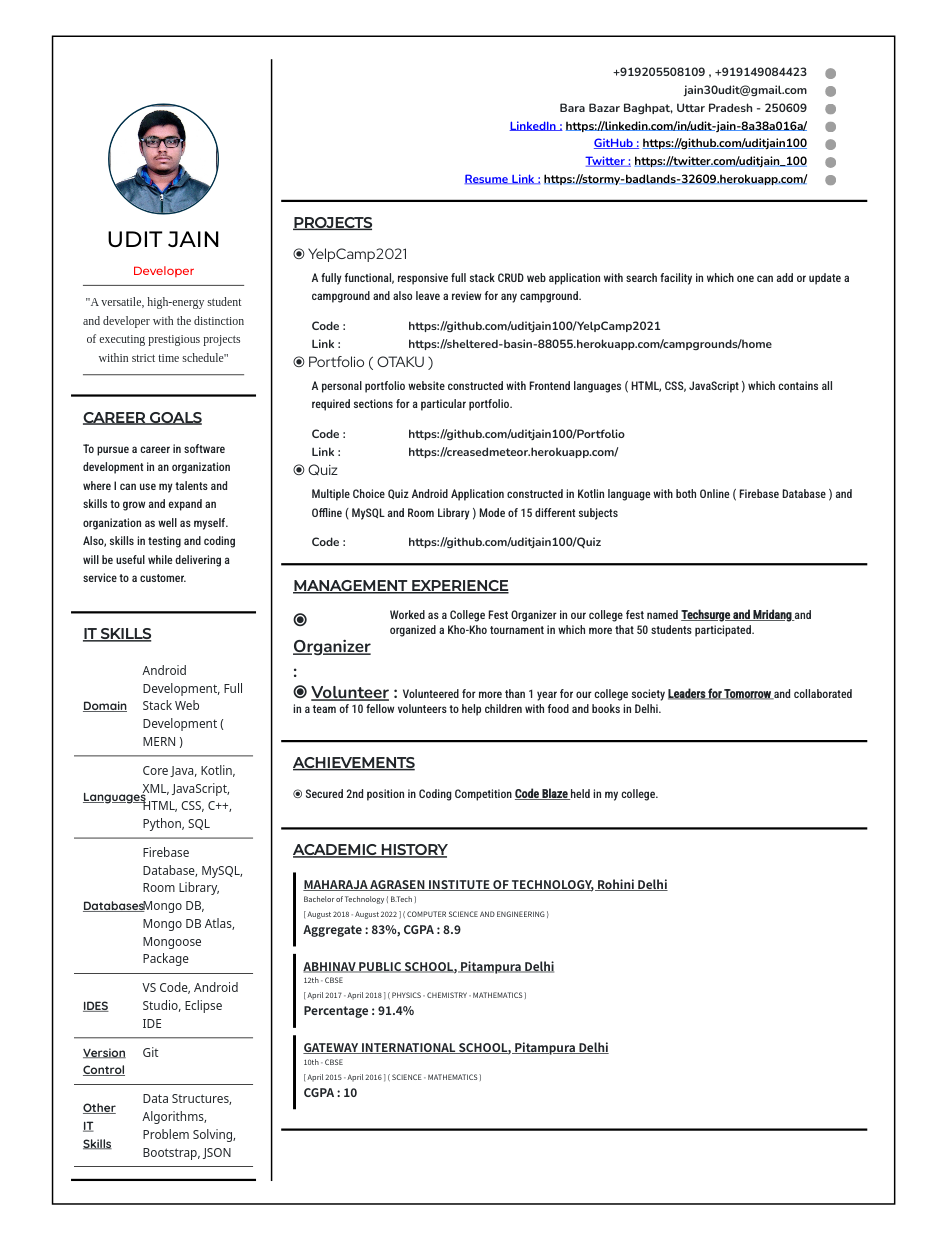
Repository: uditjain100/Resume
Page: app.html
An editor plug-in stored every save of this project. The page is shown before and after the next save, followed by the edit.
The browser window is 1280 px wide. The pictures show the whole page, at 74% of full size.
Pictures or frames that could not be fetched are drawn as grey boxes. Some web fonts or font styles are not loaded; a fallback is used.

Above is the page before, as saved 2021-05-27 19:09:58.

### app.html
<!DOCTYPE html>
<html lang="en">
	<head>
		<meta charset="UTF-8" />
		<meta http-equiv="X-UA-Compatible" content="IE=edge" />
		<meta name="viewport" content="width=device-width, initial-scale=1.0" />
		<title>RESUME : Udit Jain</title>
		<link rel="stylesheet" href="app.css" />
		<script
			src="https://code.jquery.com/jquery-3.5.1.min.js"
			integrity="sha256-9/aliU8dGd2tb6OSsuzixeV4y/faTqgFtohetphbbj0="
			crossorigin="anonymous"
		></script>
		<link
			href="https://cdn.jsdelivr.net/npm/bootstrap@5.0.0-beta1/dist/css/bootstrap.min.css"
			rel="stylesheet"
			integrity="sha384-giJF6kkoqNQ00vy+HMDP7azOuL0xtbfIcaT9wjKHr8RbDVddVHyTfAAsrekwKmP1"
			crossorigin="anonymous"
		/>

		<link rel="preconnect" href="https://fonts.gstatic.com" />
		<link
			href="https://fonts.googleapis.com/css2?family=Montserrat:wght@300;500&display=swap"
			rel="stylesheet"
		/>
		<link
			href="https://fonts.googleapis.com/css2?family=Roboto+Condensed:wght@500&display=swap"
			rel="stylesheet"
		/>
		<link
			href="https://fonts.googleapis.com/css2?family=Spartan:wght@500&display=swap"
			rel="stylesheet"
		/>
		<link
			href="https://fonts.googleapis.com/css2?family=Red+Hat+Display&display=swap"
			rel="stylesheet"
		/>
		<link
			href="https://fonts.googleapis.com/css2?family=Ubuntu:wght@300&display=swap"
			rel="stylesheet"
		/>
		<link
			href="https://fonts.googleapis.com/css2?family=Quicksand:wght@700&display=swap"
			rel="stylesheet"
		/>
		<link
			href="https://fonts.googleapis.com/css2?family=Nunito:wght@700&display=swap"
			rel="stylesheet"
		/>
		<link
			href="https://fonts.googleapis.com/css2?family=Akaya+Kanadaka&display=swap"
			rel="stylesheet"
		/>
		<link
			href="https://fonts.googleapis.com/css2?family=Poppins:wght@400&display=swap"
			rel="stylesheet"
		/>
		<link
			href="https://fonts.googleapis.com/css2?family=Noto+Sans+JP&display=swap"
			rel="stylesheet"
		/>
	</head>
	<body>
		<main class="container row my-5 mx-auto" id="wholewindow">
			<section id="leftwindow" class="col-3">
				<article id="namebox">
					<img
						id="profileimg"
						src="profile.jpg"
						class="card-img-top"
						alt="..."
					/>
					<div class="card-body">
						<h3
							class="card-title"
							style="
								color: black;
								text-decoration: none;
								font-size: 30px;
								font-weight: 400;
							"
						>
							UDIT JAIN
						</h3>
						<h6 class="card-subtitle mx-auto">Developer</h6>
						<p id="summary">
							"A versatile, high-energy student and developer with the
							distinction of executing prestigious projects within strict time
							schedule"
						</p>
					</div>
				</article>

				<article class="card-body" id="goalbox">
					<h3 class="card-title">CAREER GOALS</h3>
					<p>
						To pursue a career in software development in an organization where
						I can use my talents and skills to grow and expand an organization
						as well as myself. Also, skills in testing and coding will be useful
						while delivering a service to a customer.
					</p>
				</article>

				<article class="card-body" id="itskillsbox">
					<h3 class="card-title">IT SKILLS</h3>
					<ul class="list-group">
						<li id="itskillsitem" class="row">
							<span class="col-4" id="que">Domain</span>
							<span class="col-8" id="ans"
								>Android Development, Full Stack Web Development ( MERN )</span
							>
						</li>
						<li id="itskillsitem" class="row">
							<span class="col-4" id="que">Languages</span>
							<span class="col-8" id="ans"
								>Core Java, Kotlin, XML, JavaScript, HTML, CSS, C++, Python,
								SQL</span
							>
						</li>
						<li id="itskillsitem" class="row">
							<span class="col-4" id="que">Databases</span>
							<span class="col-8" id="ans"
								>Firebase Database, MySQL, Room Library, Mongo DB, Mongo DB
								Atlas, Mongoose Package</span
							>
						</li>
						<li id="itskillsitem" class="row">
							<span class="col-4" id="que">IDES</span>
							<span class="col-8" id="ans"
								>VS Code, Android Studio, Eclipse IDE</span
							>
						</li>
						<li id="itskillsitem" class="row">
							<span class="col-4" id="que">Version Control</span>
							<span class="col-8" id="ans">Git</span>
						</li>
						<li id="itskillsitem" class="row">
							<span class="col-4" id="que">Other IT Skills</span>
							<span class="col-8" id="ans"
								>Data Structures, Algorithms, Problem Solving, Bootstrap,
								JSON</span
							>
						</li>
					</ul>
				</article>
			</section>
			<section id="rightwindow" class="col-9">
				<article class="card-body" id="contactbox">
					<ul class="list-group">
						<li id="contactitem" class="row">
							<div class="col-11">+919205508109 , +919149084423</div>
							<div class="col-1">
								<img
									src="https://cdn.jsdelivr.net/npm/simple-icons@3.0.1/icons/android.svg"
									alt=""
								/>
							</div>
						</li>
						<li id="contactitem" class="row">
							<div class="col-11">jain30udit@gmail.com</div>
							<div class="col-1">
								<img
									src="https://cdn.jsdelivr.net/npm/simple-icons@3.0.1/icons/gmail.svg"
									alt=""
								/>
							</div>
						</li>
						<li id="contactitem" class="row">
							<div class="col-11">
								Bara Bazar Baghpat, Uttar Pradesh - 250609
							</div>
							<div class="col-1">
								<img
									src="https://cdn.jsdelivr.net/npm/simple-icons@3.0.1/icons/googlemaps.svg"
									alt=""
								/>
							</div>
						</li>
						<li id="contactitem" class="row">
							<div class="col-11">
								<span>LinkedIn :</span>
								<a href="https://linkedin.com/in/udit-jain-8a38a016a/"
									><span id="link"
										>https://linkedin.com/in/udit-jain-8a38a016a/</span
									></a
								>
							</div>
							<div class="col-1">
								<img
									src="https://cdn.jsdelivr.net/npm/simple-icons@4.13.0/icons/linkedin.svg"
									alt=""
								/>
							</div>
						</li>
						<li id="contactitem" class="row">
							<div class="col-11">
								<span>GitHub :</span>
								<a href="https://github.com/uditjain100"
									><span id="link">https://github.com/uditjain100</span></a
								>
							</div>
							<div class="col-1">
								<img
									src="https://cdn.jsdelivr.net/npm/simple-icons@4.13.0/icons/github.svg"
									alt=""
								/>
							</div>
						</li>
						<li id="contactitem" class="row">
							<div class="col-11">
								<span>Twitter :</span>
								<a href="https://twitter.com/uditjain_100"
									><span id="link">https://twitter.com/uditjain_100</span></a
								>
							</div>
							<div class="col-1">
								<img
									src="https://cdn.jsdelivr.net/npm/simple-icons@4.13.0/icons/twitter.svg"
									alt=""
								/>
							</div>
						</li>
						<li id="contactitem" class="row">
							<div class="col-11">
								<span>Resume Link :</span>
								<a href="https://stormy-badlands-32609.herokuapp.com/"
									><span id="link"
										>https://stormy-badlands-32609.herokuapp.com/</span
									></a
								>
							</div>
							<div class="col-1">
								<img
									src="https://cdn.jsdelivr.net/npm/simple-icons@4.13.0/icons/webpack.svg"
									alt=""
								/>
							</div>
						</li>
					</ul>
				</article>

				<article class="card-body" id="projectbox">
					<h3 class="card-title">PROJECTS</h3>
					<ul class="list-group">
						<li id="projectitem" class="row">
							<h5 id="projecttitle" class="display-10">⦿ YelpCamp2021</h5>
							<div id="projectdetails">
								<p>
									A fully functional, responsive full stack CRUD web application
									with search facility in which one can add or update a
									campground and also leave a review for any campground.
								</p>
								<ul class="list-group">
									<li id="contactitem" class="row">
										<div class="col-2">
											<span style="font-weight: 700">Code : </span>
										</div>
										<div id="link" class="col-10">
											https://github.com/uditjain100/YelpCamp2021
										</div>
									</li>
									<li id="contactitem" class="row">
										<div class="col-2">
											<span style="font-weight: 700">Link : </span>
										</div>
										<div id="link" class="col-10">
											https://sheltered-basin-88055.herokuapp.com/campgrounds/home
										</div>
									</li>
								</ul>
							</div>
						</li>
						<li id="projectitem" class="row">
							<h5 id="projecttitle" class="display-10">
								⦿ Portfolio ( OTAKU )
							</h5>
							<div id="projectdetails">
								<p>
									A personal portfolio website constructed with Frontend
									languages ( HTML, CSS, JavaScript ) which contains all
									required sections for a particular portfolio.
								</p>
								<ul class="list-group">
									<li id="contactitem" class="row">
										<div class="col-2">
											<span style="font-weight: 700">Code : </span>
										</div>
										<div id="link" class="col-10">
											https://github.com/uditjain100/Portfolio
										</div>
									</li>
									<li id="contactitem" class="row">
										<div class="col-2">
											<span style="font-weight: 700">Link : </span>
										</div>
										<div id="link" class="col-10">
											https://creasedmeteor.herokuapp.com/
										</div>
									</li>
								</ul>
							</div>
						</li>
						<li id="projectitem" class="row">
							<h5 id="projecttitle" class="display-10">⦿ Quiz</h5>
							<div id="projectdetails">
								<p>
									Multiple Choice Quiz Android Application constructed in Kotlin
									language with both Online ( Firebase Database ) and Offline (
									MySQL and Room Library ) Mode of 15 different subjects
								</p>
								<ul class="list-group">
									<li id="contactitem" class="row">
										<div class="col-2">
											<span style="font-weight: 700">Code : </span>
										</div>
										<div id="link" class="col-10">
											https://github.com/uditjain100/Quiz
										</div>
									</li>
								</ul>
							</div>
						</li>
					</ul>
				</article>

				<article class="card-body" id="managementskillsbox">
					<h3 class="card-title">MANAGEMENT EXPERIENCE</h3>
					<ul class="list-group">
						<li id="managementskillsitem" class="row">
							<span id="tag" class="col-2">⦿ <span>Organizer</span> : </span>
							<p class="col-10">
								Worked as a College Fest Organizer in our college fest named
								<span style="font-weight: 700; text-decoration: underline"
									>Techsurge and Mridang
								</span>
								and organized a Kho-Kho tournament in which more that 50
								students participated.
							</p>
						</li>
						<li id="managementskillsitem">
							<p>
								<span id="tag">⦿ <span>Volunteer</span> : </span>
								Volunteered for more than 1 year for our college society
								<span style="font-weight: 700; text-decoration: underline"
									>Leaders for Tomorrow </span
								>and collaborated in a team of 10 fellow volunteers to help
								children with food and books in Delhi.
							</p>
						</li>
					</ul>
				</article>

				<article class="card-body" id="achievementsbox">
					<h3 class="card-title">ACHIEVEMENTS</h3>
					<ul class="list-group">
						<li id="achievementitem" class="row">
							<p>
								⦿ Secured 2nd position in Coding Competition
								<span style="font-weight: 700; text-decoration: underline"
									>Code Blaze
								</span>
								held in my college.
							</p>
						</li>
					</ul>
				</article>

				<article class="card-body" id="educationbox">
					<h3 class="card-title">ACADEMIC HISTORY</h3>
					<ul class="list-group">
						<li id="educationitem">
							<h6 id="institutename">
								MAHARAJA AGRASEN INSTITUTE OF TECHNOLOGY, Rohini Delhi
							</h6>
							<h6 id="stream">Bachelor of Technology ( B.Tech )</h6>
							<h6 id="subjects">
								[ August 2018 - August 2022 ] ( COMPUTER SCIENCE AND ENGINEERING
								)
							</h6>
							<h6 id="marks">Aggregate : 83%, CGPA : 8.9</h6>
						</li>
						<li id="educationitem">
							<h6 id="institutename">ABHINAV PUBLIC SCHOOL, Pitampura Delhi</h6>
							<h6 id="stream">12th - CBSE</h6>
							<h6 id="subjects">
								[ April 2017 - April 2018 ] ( PHYSICS - CHEMISTRY - MATHEMATICS
								)
							</h6>
							<h6 id="marks">Percentage : 91.4%</h6>
						</li>
						<li id="educationitem">
							<h6 id="institutename">
								GATEWAY INTERNATIONAL SCHOOL, Pitampura Delhi
							</h6>
							<h6 id="stream">10th - CBSE</h6>
							<h6 id="subjects">
								[ April 2015 - April 2016 ] ( SCIENCE - MATHEMATICS )
							</h6>
							<h6 id="marks">CGPA : 10</h6>
						</li>
					</ul>
				</article>
			</section>
		</main>
	</body>
</html>

### app.css
/* * Common Section */

@keyframes transitionIn {
	from {
		opacity: 0;
		transform: rotateY(-10deg);
	}
	to {
		opacity: 1;
		transform: rotateY(0);
	}
}

html {
	animation: transitionIn 1s;
}

p {
	font-family: "Roboto Condensed", sans-serif;
	line-height: 25px;
}

ul {
	list-style: none;
}
article {
	border-bottom: 3px black solid;
}

.card-title {
	font-family: "Montserrat";
	text-decoration: underline;
	font-weight: 900;
	font-size: 20px;
	padding-bottom: 10px;
	border: none;
}

.card-subtitle {
	color: red;
}

.footer {
	position: -webkit-sticky;
	left: 0;
	bottom: 0;
	width: 100%;
	color: white;
	text-align: center;
	font-family: "Montserrat";
}

/*  ********************* resume work */

#wholewindow {
	border: 2px black solid;
	display: flex;
	flex-direction: row;
	flex-wrap: wrap;
	justify-content: space-evenly;
	/* align-items: center; */
}

#leftwindow {
	margin: 30px 0px 30px 0px;
	border-right: 2px black solid;
	padding: 50px 20px 0px 0px;
	min-width: 250px;
}

#rightwindow {
	padding-top: 20px;
	min-width: 250px;
}

#namebox {
	display: flex;
	flex-direction: column;
	flex-wrap: wrap;
	align-items: center;
	text-align: center;
	font-family: "Montserrat";
}

#profileimg {
	width: 150px;
	height: 150px;
	border-radius: 50%;
	border: 2px #003049 solid;
	margin-top: 10px;
}
#summary {
	font-family: "Akaya Kanadaka";
	margin-top: 10px;
	margin-bottom: 10px;
	padding-top: 10px;
	padding-bottom: 10px;

	border-bottom: 1px black solid;
	border-top: 1px black solid;
}

#managementskillsitem p {
	line-height: 20px;
}

#tag {
	font-family: "Nunito";
	font-size: 23px;
	font-weight: 900;
	text-align: left;
}

#tag span {
	text-decoration: underline;
}

li img {
	width: 15px;
	height: 15px;
	border-radius: 50%;
	margin-right: 5px;
}

#itskillsitem {
	border-bottom: 1px black solid;
	padding: 7px 0px 7px 0px;
}

#que {
	font-family: "Quicksand";
	text-decoration: underline;
	font-size: 16px;
	font-weight: 800;
	display: flex;
	align-items: center;
}

#contactitem {
	font-family: "Nunito";
}

#contactitem .col-11 {
	text-align: end;
}

#contactitem .col-11 span {
	font-weight: 600;
	color: blue;
	text-decoration: underline;
}

#contactitem .col-11 a span {
	color: black;
	text-decoration: none;
}

#educationtitle {
	font-family: "Red Hat Display";
	font-weight: 200;
}

#educationitem {
	margin-bottom: 10px;
	padding: 10px 0px 10px 10px;
	border-left: 4px black solid;
}

#educationbox {
	font-family: "Noto Sans JP";
}

#educationitem h6 {
	line-height: 12px;
}

#institutename {
	text-decoration: underline;
	font-weight: 800;
	font-size: 16px;
}

#timestamp {
	font-size: 10px;
}

#stream {
	font-size: 10px;
	font-weight: 400;
}

#subjects {
	font-size: 10px;
	font-weight: 300;
}

#marks {
	/* font-size: 15px; */
	font-weight: 700;
}

#projecttitle {
	font-family: "Red Hat Display";
	font-weight: 400;
}

#projectdetails {
	margin-left: 25px;
}

After the next save:
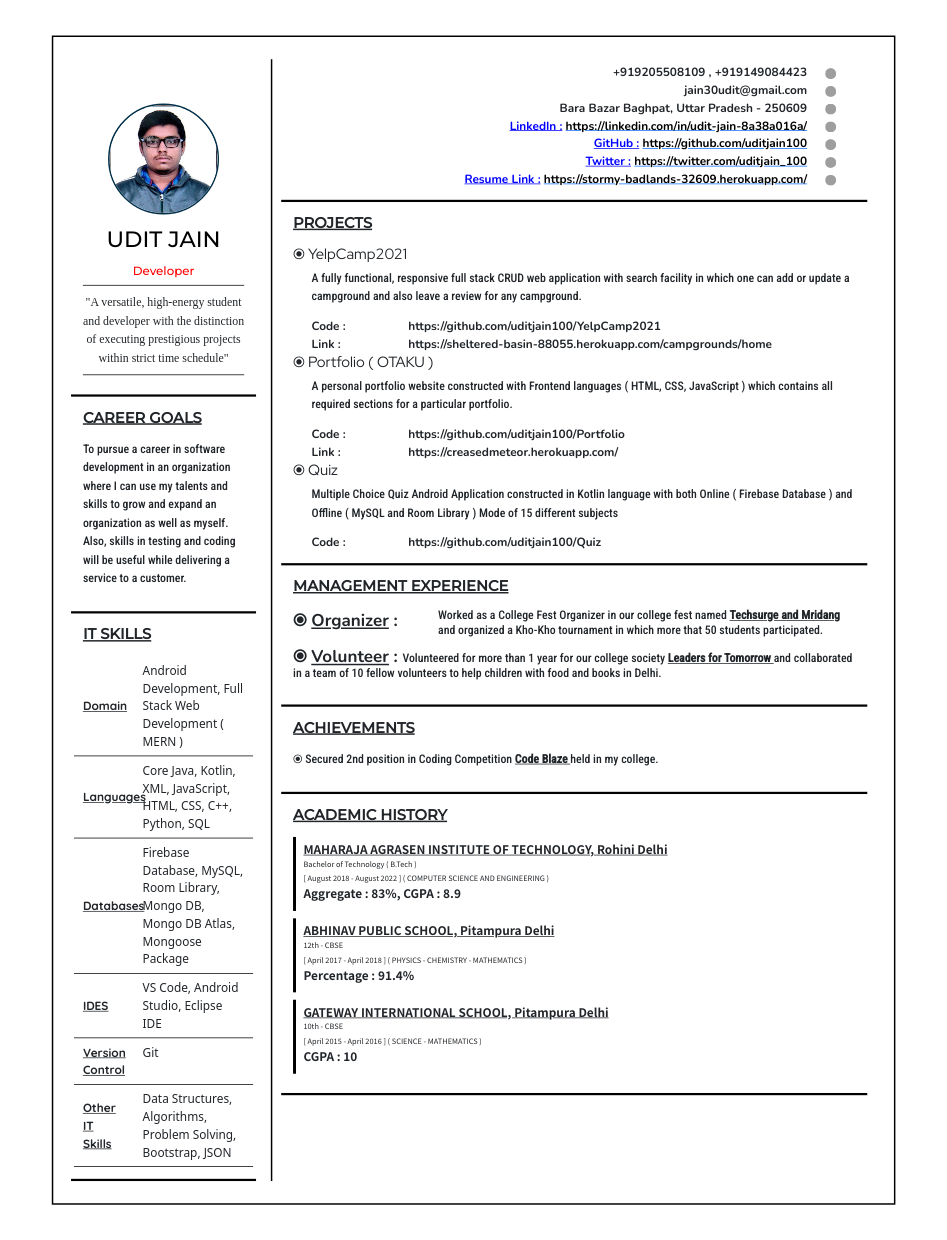
Saved 20 s later.
--- a/app.html
+++ b/app.html
@@ -327,8 +327,8 @@
 					<h3 class="card-title">MANAGEMENT EXPERIENCE</h3>
 					<ul class="list-group">
 						<li id="managementskillsitem" class="row">
-							<span id="tag" class="col-2">⦿ <span>Organizer</span> : </span>
-							<p class="col-10">
+							<span id="tag" class="col-3">⦿ <span>Organizer</span> : </span>
+							<p class="col-9">
 								Worked as a College Fest Organizer in our college fest named
 								<span style="font-weight: 700; text-decoration: underline"
 									>Techsurge and Mridang

After the save that followed:
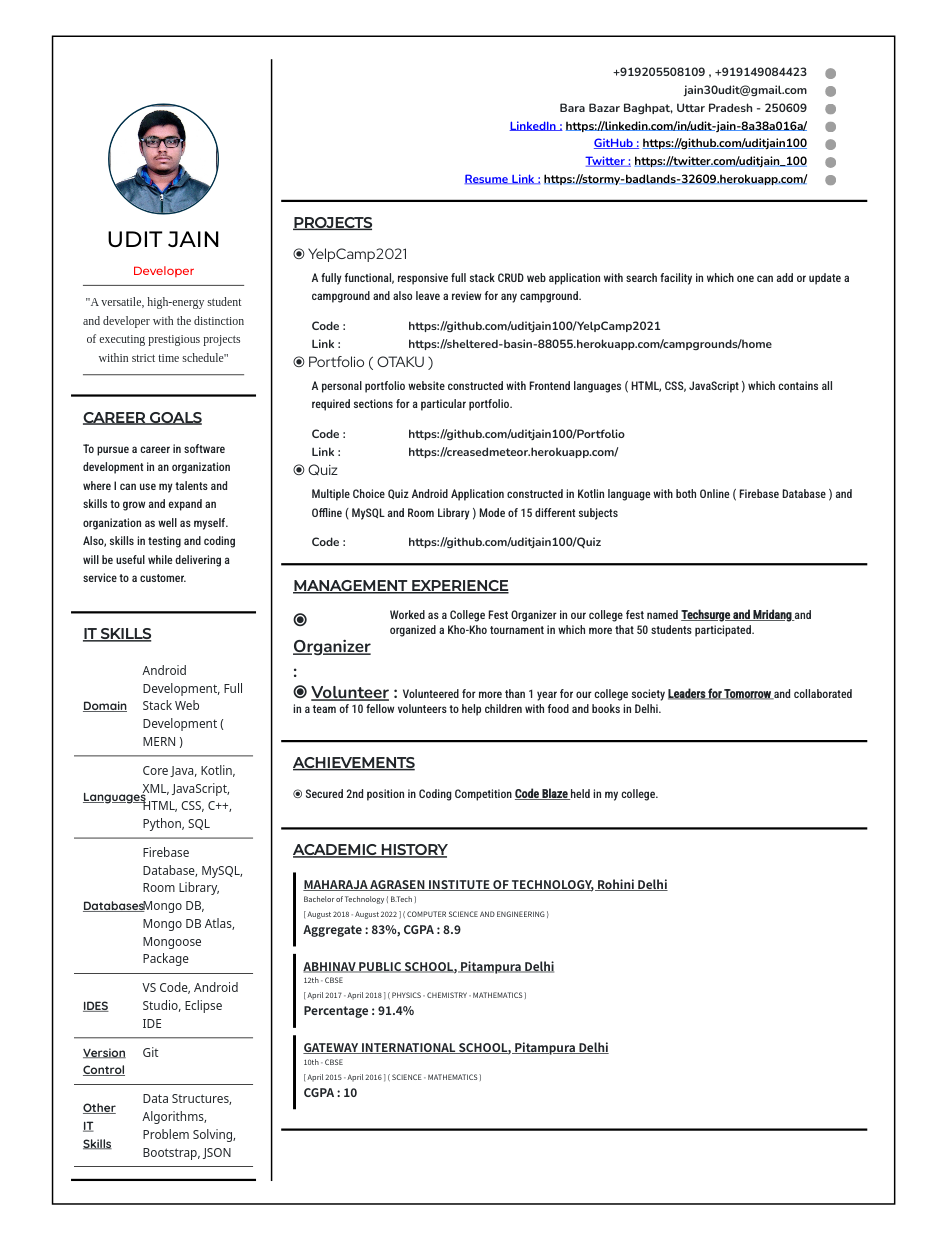
Saved 49 s later.
--- a/app.html
+++ b/app.html
@@ -327,8 +327,8 @@
 					<h3 class="card-title">MANAGEMENT EXPERIENCE</h3>
 					<ul class="list-group">
 						<li id="managementskillsitem" class="row">
-							<span id="tag" class="col-3">⦿ <span>Organizer</span> : </span>
-							<p class="col-9">
+							<span id="tag" class="col-2">⦿ <span>Organizer</span> : </span>
+							<p class="col-10">
 								Worked as a College Fest Organizer in our college fest named
 								<span style="font-weight: 700; text-decoration: underline"
 									>Techsurge and Mridang
